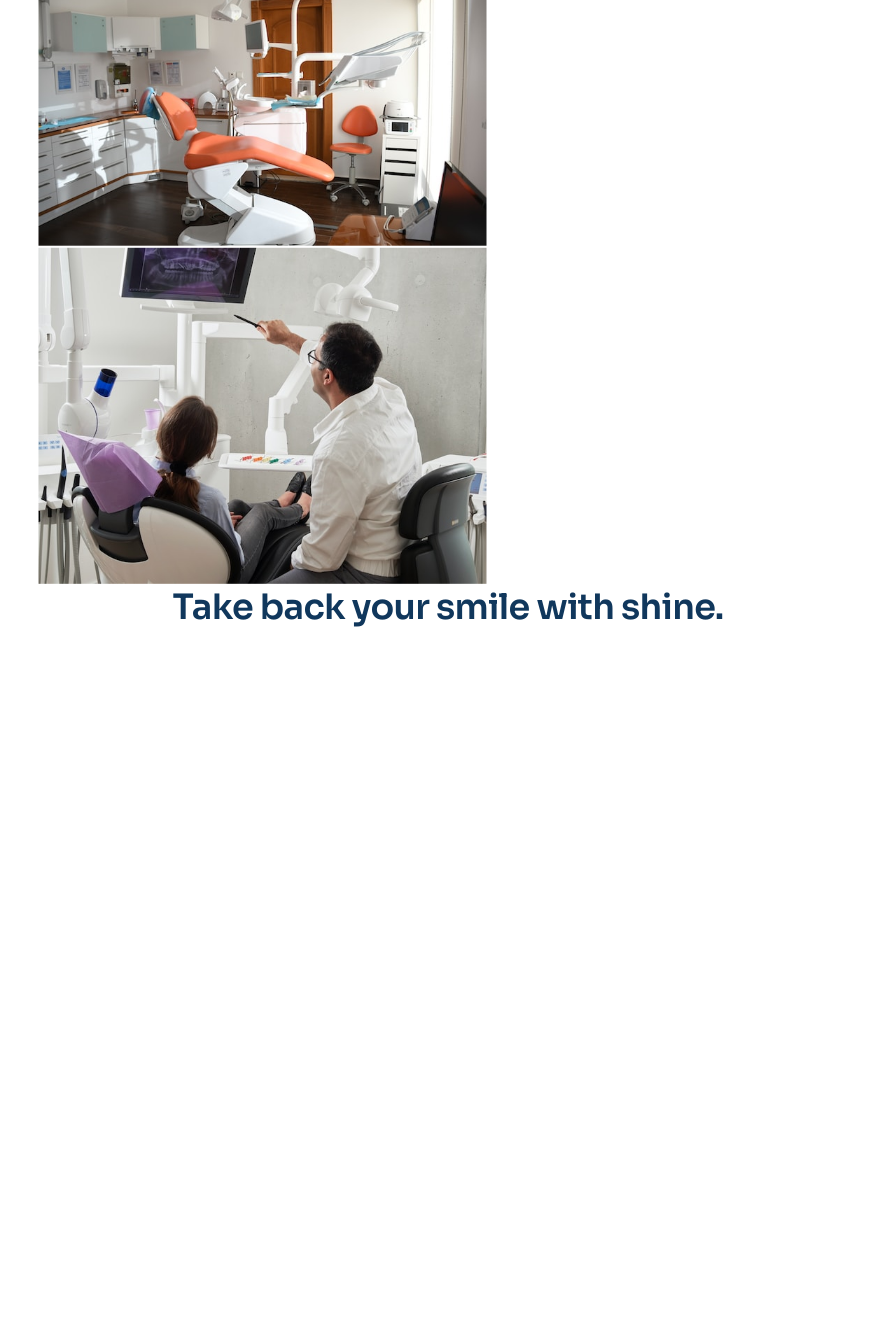
Repository: han2003dz/f8-project-03
Page: index.html
The author's editor kept a copy of each file at every save. The page is drawn from the files as they stood at one save, then again after a run of saves.
The browser window is 1280 px wide. The pictures show the part of the page from y = 2780 to 4700 px (the page is 6000 px tall), at 70% of full size.

Above is the page before, as saved 2023-05-06 20:50:22.

### index.html
<!DOCTYPE html>
<html lang="en">

<head>
    <meta charset="UTF-8">
    <meta http-equiv="X-UA-Compatible" content="IE=edge">
    <meta name="viewport" content="width=device-width, initial-scale=1.0">
    <title>Shine Smile</title>
    <!-- favicon -->
    <link rel="apple-touch-icon" sizes="57x57" href="./assets/favicon/apple-icon-57x57.png">
    <link rel="apple-touch-icon" sizes="60x60" href="./assets/favicon/apple-icon-60x60.png">
    <link rel="apple-touch-icon" sizes="72x72" href="./assets/favicon/apple-icon-72x72.png">
    <link rel="apple-touch-icon" sizes="76x76" href="./assets/favicon/apple-icon-76x76.png">
    <link rel="apple-touch-icon" sizes="114x114" href="./assets/favicon/apple-icon-114x114.png">
    <link rel="apple-touch-icon" sizes="120x120" href="./assets/favicon/apple-icon-120x120.png">
    <link rel="apple-touch-icon" sizes="144x144" href="./assets/favicon/apple-icon-144x144.png">
    <link rel="apple-touch-icon" sizes="152x152" href="./assets/favicon/apple-icon-152x152.png">
    <link rel="apple-touch-icon" sizes="180x180" href="./assets/favicon/apple-icon-180x180.png">
    <link rel="icon" type="image/png" sizes="192x192" href="./assets/favicon/android-icon-192x192.png">
    <link rel="icon" type="image/png" sizes="32x32" href="./assets/favicon/favicon-32x32.png">
    <link rel="icon" type="image/png" sizes="96x96" href="./assets/favicon/favicon-96x96.png">
    <link rel="icon" type="image/png" sizes="16x16" href="./assets/favicon/favicon-16x16.png">
    <link rel="manifest" href="./assets/favicon/manifest.json">
    <meta name="msapplication-TileColor" content="#ffffff">
    <meta name="msapplication-TileImage" content="./assets/favicon/ms-icon-144x144.png">
    <meta name="theme-color" content="#ffffff">
    <!-- embed font -->
    <link rel="preconnect" href="https://fonts.googleapis.com">
    <link rel="preconnect" href="https://fonts.gstatic.com" crossorigin>
    <link href="https://fonts.googleapis.com/css2?family=Sora:wght@300;400;500;600;700&display=swap" rel="stylesheet">
    <!-- my css -->
    <link rel="stylesheet" href="/assets/css/reset.css">
    <link rel="stylesheet" href="/assets/css/style.css">
</head>

<body style="height: 6000px;">
    <header class="header">
        <div class="container">
            <!-- nav -->
            <div class="navigation">
                <a href="#!">
                    <div class="logo">
                        <span class="logo__circle"></span>
                        <span class="logo__text">
                            <span class="logo__brand">shine</span>
                            <span class="logo__brand logo__brand--small">smile</span>
                        </span>
                    </div>
                </a>
                <nav class="navbar">
                    <ul class="nav__list">
                        <li class="nav__item">
                            <a href="#!" class="nav__link nav__link--active">Home</a>
                        </li>
                        <li class="nav__item">
                            <a href="#!" class="nav__link">Services</a>
                        </li>
                        <li class="nav__item">
                            <a href="#!" class="nav__link">About</a>
                        </li>
                        <li class="nav__item">
                            <a href="#!" class="nav__link">Doctors</a>
                        </li>
                    </ul>
                </nav>
                <!-- action -->
                <div class="header-action">
                    <a href="#!" class="header-action__login">Log In</a>
                    <button href="#!" class="header-action__sign-up btn">Sign Up</button>
                </div>
            </div>
            <!-- hero -->
            <section class="hero">
                <!-- hero content -->
                <div class="hero__content">
                    <h1 class="hero__heading">Exceptional dental care for all ages.</h1>
                    <p class="hero__desc">Exceptional dental care for all ages. Your great smile begins with a great
                        dentist.</p>
                    <div class="hero__row">
                        <a href="#!" class="btn hero__btn">Book Online</a>
                        <span class="hero__phone">or call (123) 456-7890</span>
                    </div>
                </div>
                <div class="hero__media">
                    <figure class="hero__images">
                        <img src="./assets/img/img1__hero.jpg" alt="" class="hero__img">
                        <img src="./assets/img/img2__hero.jpg" alt="" class="hero__img">
                    </figure>
                </div>

            </section>
        </div>
    </header>
    <main>
        <!-- service -->
        <div class="service">
            <div class="container">
                <h2 class="section-heading">Our services</h2>
                <p class="section-desc">Exceptional dental care for all ages. Your great smile begins with a great
                    dentist.</p>
                <div class="service__row">
                    <figure>
                        <img src="./assets/img/service-img3.jpg" alt="" class="service__img">
                    </figure>
                    <div>
                        <div class="service__list">
                            <!-- item 1 -->
                            <section class="service-item">
                                <div class="service-item__icon">
                                    <!-- icon -->
                                    <svg width="22" height="24" viewBox="0 0 22 24" fill="none"
                                        xmlns="http://www.w3.org/2000/svg">
                                        <path
                                            d="M20.3598 2.63964C17.9506 -0.556131 14.2772 -0.568132 11.2481 1.10682C11.001 1.24657 10.7219 1.31411 10.4406 1.30222C10.1592 1.29033 9.88633 1.19945 9.65105 1.03931C8.49552 0.245717 7.29036 -0.316477 5.13904 0.207462C0.623408 1.3071 0 4.90379 0 8.99816C0.0797353 12.1602 0.500857 15.3032 1.25551 18.3683C2.11836 22.0168 3.90382 24 5.43354 24C6.96326 24 7.00963 22.2204 7.00963 20.8016C7.00963 19.2009 7.39505 14.8009 10.8642 14.8009C13.5317 14.8009 14.3333 18.4013 14.3333 20.8016C14.3329 23.095 15.1722 24 16.6628 24C19.5267 24 20.9796 15.3938 21.3719 13.1237C21.7642 10.8535 22.9882 6.12569 20.3598 2.63964Z"
                                            fill="currentColor" />
                                    </svg>
                                </div>
                                <div class="service-item__body">
                                    <h3 class="service-item__heading">Oral Surgery</h3>
                                    <p class="service-item__desc">
                                        Everything you expect and then some. Cleanings, fillings, and x-rays.
                                    </p>
                                </div>
                            </section>
                            <!-- item 2 -->
                            <section class="service-item">
                                <div class="service-item__icon">
                                    <!-- icon -->
                                    <svg width="22" height="24" viewBox="0 0 22 24" fill="none"
                                        xmlns="http://www.w3.org/2000/svg">
                                        <path
                                            d="M20.3598 2.63964C17.9506 -0.556131 14.2772 -0.568132 11.2481 1.10682C11.001 1.24657 10.7219 1.31411 10.4406 1.30222C10.1592 1.29033 9.88633 1.19945 9.65105 1.03931C8.49552 0.245717 7.29036 -0.316477 5.13904 0.207462C0.623408 1.3071 0 4.90379 0 8.99816C0.0797353 12.1602 0.500857 15.3032 1.25551 18.3683C2.11836 22.0168 3.90382 24 5.43354 24C6.96326 24 7.00963 22.2204 7.00963 20.8016C7.00963 19.2009 7.39505 14.8009 10.8642 14.8009C13.5317 14.8009 14.3333 18.4013 14.3333 20.8016C14.3329 23.095 15.1722 24 16.6628 24C19.5267 24 20.9796 15.3938 21.3719 13.1237C21.7642 10.8535 22.9882 6.12569 20.3598 2.63964Z"
                                            fill="currentColor" />
                                    </svg>
                                </div>
                                <div class="service-item__body">
                                    <h3 class="service-item__heading">Wisdom Teeth Removal</h3>
                                    <p class="service-item__desc">
                                        Everything you expect and then some. Cleanings, fillings, and x-rays.
                                    </p>
                                </div>
                            </section>
                            <!-- item 3 -->
                            <section class="service-item">
                                <div class="service-item__icon">
                                    <!-- icon -->
                                    <svg width="22" height="24" viewBox="0 0 22 24" fill="none"
                                        xmlns="http://www.w3.org/2000/svg">
                                        <path
                                            d="M20.3598 2.63964C17.9506 -0.556131 14.2772 -0.568132 11.2481 1.10682C11.001 1.24657 10.7219 1.31411 10.4406 1.30222C10.1592 1.29033 9.88633 1.19945 9.65105 1.03931C8.49552 0.245717 7.29036 -0.316477 5.13904 0.207462C0.623408 1.3071 0 4.90379 0 8.99816C0.0797353 12.1602 0.500857 15.3032 1.25551 18.3683C2.11836 22.0168 3.90382 24 5.43354 24C6.96326 24 7.00963 22.2204 7.00963 20.8016C7.00963 19.2009 7.39505 14.8009 10.8642 14.8009C13.5317 14.8009 14.3333 18.4013 14.3333 20.8016C14.3329 23.095 15.1722 24 16.6628 24C19.5267 24 20.9796 15.3938 21.3719 13.1237C21.7642 10.8535 22.9882 6.12569 20.3598 2.63964Z"
                                            fill="currentColor" />
                                    </svg>
                                </div>
                                <div class="service-item__body">
                                    <h3 class="service-item__heading">Preventative Dentistry</h3>
                                    <p class="service-item__desc">
                                        Everything you expect and then some. Cleanings, fillings, and x-rays.
                                    </p>
                                </div>
                            </section>
                        </div>
                        <a href="" class="btn service__btn">All Services</a>
                    </div>
                </div>
            </div>
        </div>
        <section class="work">
            <div class="container">
                <h2 class="section-heading heading__work">How it works</h2>
                <p class="section-desc desc__work">Exceptional dental care for all ages. Your great smile begins with a
                    great dentist.
                </p>
                <div class="work__list">
                    <!-- item 1 -->
                    <section class="work-item">
                        <img src="./assets/icon/search.svg" alt="" class="work-item__icon">
                        <h3 class="work-item__heading">Search doctor</h3>
                        <p class="work-item__desc">Search a doctor by education, qualifications or experience-contact
                            for inquiry.
                        </p>
                        <a href="#!" class="learn-more">Learn More</a>
                    </section>
                    <!-- item 2 -->
                    <section class="work-item">
                        <img src="./assets/icon/search-user.svg" alt="" class="work-item__icon">
                        <h3 class="work-item__heading">Find best doctor</h3>
                        <p class="work-item__desc">Search a doctor by education, qualifications or experience-contact
                            for inquiry.
                        </p>
                        <a href="#!" class="learn-more">Learn More</a>
                    </section>
                    <!-- item 3 -->
                    <section class="work-item">
                        <img src="./assets/icon/bag.svg" alt="" class="work-item__icon">
                        <h3 class="work-item__heading">Get treatment</h3>
                        <p class="work-item__desc">Search a doctor by education, qualifications or experience-contact
                            for inquiry.
                        </p>
                        <a href="#!" class="learn-more">Learn More</a>
                    </section>
                </div>
            </div>
        </section>
        <!-- feature -->
        <div class="feature">
            <div class="container">
                <div class="feature__media">
                    <figure class="images">
                        <img src="./assets/img/feature-img1.jpg" alt="" class="feature__img">
                        <img src="./assets/img/feature-img2.jpg" alt="" class="feature__img">
                    </figure>
                </div>
                <section class="feature__content">
                    <h2 class="section-heading">Take back your smile with shine.</h2>

                </section>
            </div>
        </div>
    </main>
    <script src="./assets/app.js"></script>
</body>

</html>

### assets/css/style.css
* {
  box-sizing: border-box;
}
html {
  font-size: 62.5%;
}
body {
  font-size: 1.6rem;
  font-family: "Sora", sans-serif;
}
/* common */
.container {
  width: 1170px;
  max-width: calc(100% - 48px);
  margin: 0 auto;
}
.navigation {
  display: flex;
  justify-content: space-between;
  align-items: center;
}
a {
  text-decoration: none;
}
:root {
  --header-bg: #10375c;
  --primary-color: #2e80ce;
  --height-btn: 60px;
}
.nav__link,
.header-action__login {
  padding: 5px 14px;
  font-size: 1.6rem;
  font-weight: 300;
  color: #c9d2da;
}
.header-action__login:hover,
.nav__link:hover,
.nav__link--active {
  text-shadow: 1px 0 0 #fff;
}
.btn {
  display: inline-block;
  min-width: 205px;
  height: var(--height-btn);
  padding: 0 20px;
  border: 1px solid var(--primary-color);
  line-height: var(--height-btn);
  border-radius: 999px;
  font-weight: 400;
  font-size: 1.6rem;
  text-align: center;
  color: #fff;
  background: var(--primary-color);
}
.btn:hover {
  opacity: 0.9;
  cursor: pointer;
}
/* header */
.header {
  padding-top: 30px;
  padding-bottom: 100px;
  min-height: 100vh;
  background: var(--header-bg);
}

.logo {
  /* 1em = 10px */
  font-size: 1rem;
  position: relative;
  display: inline-flex;
  align-items: center;
}
.logo__circle::before,
.logo__circle::after {
  display: inline-block;
  content: "";
  border-radius: 50%;
}
.logo__circle::before {
  width: 3em;
  height: 3em;
  background: var(--primary-color);
}
.logo__circle::after {
  width: 1.6em;
  height: 1.6em;
  background: #fff;
  position: absolute;
  top: 1.1em;
  left: 1.1em;
}
.logo__text {
  margin-left: 0.6em;
  text-align: right;
  line-height: 1.6em;
}
.logo__brand {
  display: block;
  font-weight: 400;
  font-size: 1.8em;
  color: #fff;
}
.logo__brand--small {
  font-size: 1.2em;
  font-weight: 300;
}
/* navbar */
.navbar .nav__list {
  display: flex;
}
.nav__link {
  padding: 5px 21px;
}
.nav__link--active {
  pointer-events: none;
}
.nav__link--active::before {
  position: relative;
  left: -8px;
  bottom: 2px;
  content: "";
  display: inline-block;
  width: 6px;
  height: 6px;
  background: #fff;
  border-radius: 50%;
}
/* header-action */
.header-action {
  display: flex;
  align-items: center;
}
.header-action__login {
  margin-right: 7px;
}
.header-action__sign-up {
  min-width: 120px;
}
/* hero */
.hero {
  display: flex;
  margin-top: 76px;
  align-items: center;
}
.hero__content {
  /* giải quyết vấn đề co nhỏ */
  flex-shrink: 0;
  width: 44%;
}
.hero__media {
  flex-grow: 1;
}
.hero__heading {
  font-weight: 600;
  font-size: 7rem;
  line-height: 1.14;
  /* or 114% */
  letter-spacing: -0.02em;
  color: #ffffff;
}
.hero__desc {
  font-weight: 300;
  font-size: 1.8rem;
  line-height: 1.67;
  /* or 167% */
  color: #c9d2da;
  margin-top: 22px;
  margin-bottom: 38px;
}
.hero__phone {
  font-weight: 400;
  font-size: 1.8rem;
  line-height: 1.67;
  color: #fff;
}
.hero__row {
  display: flex;
  align-items: center;
  gap: 38px;
}
.hero__images {
  display: flex;
  align-items: center;
  justify-content: flex-end;
}
.hero__img {
  width: 330px;
  height: 500px;
  border-radius: 6px;
  object-fit: cover;
}
.hero__img:last-child {
  width: 210px;
  height: 400px;
}
/* service */
.service {
  padding: 170px 0;
}
.section-heading,
.section-desc {
  text-align: center;
}
.section-heading {
  font-weight: 600;
  font-size: 5rem;
  line-height: 1.2;
  /* identical to box height, or 120% */
  letter-spacing: -0.02em;
  color: #10375c;
  margin-bottom: 18px;
}
.section-desc {
  font-weight: 300;
  font-size: 1.8rem;
  line-height: 1.67;
  /* or 167% */
  margin: 0 auto;
  color: #575f66;
  max-width: 468px;
}
.service__row {
  margin-top: 70px;
  display: flex;
  justify-content: space-between;
  align-items: center;
}
.service__img {
  width: 570px;
  height: 570px;
  object-fit: cover;
  border-radius: 12px;
}
.service-item {
  display: flex;
  max-width: 420px;
  height: 128px;
  background: #ffffff;
  border-radius: 10px;
  align-items: center;
}
.service-item:hover {
  box-shadow: 0px 14px 28px rgba(0, 0, 0, 0.05);
  border-radius: 10px;
  cursor: pointer;
  position: relative;
}
.service-item:hover .service-item__icon {
  background: #2e80ce;
  box-shadow: 0px 8px 16px rgba(40, 155, 222, 0.15);
  color: #fff;
}
.service-item__heading {
  font-weight: 600;
  font-size: 1.8rem;
  line-height: 1.27;
  /* identical to box height */
  color: #10375c;
  margin-bottom: 8px;
}
.service-item__desc {
  font-weight: 300;
  font-size: 1.6rem;
  line-height: 1.75;
  /* or 175% */
  color: #575f66;
  max-width: 308px;
}
.service-item__icon {
  display: flex;
  justify-content: center;
  align-items: center;
  margin-right: 19px;
  margin-left: 22px;
  flex-shrink: 0;
  width: 60px;
  height: 60px;
  border-radius: 50%;
  background: #eff6fd;
  box-shadow: 0px 8px 16px rgba(0, 0, 0, 0.05);
  color: #10375c;
}
.service-item__body {
  margin-left: 20px;
}
.service__btn {
  margin-top: 55px;
}
/* work */
.work {
  padding: 100px 0;
  background: #f0f8ff;
}
.heading__work,
.desc__work {
  text-align: left;
  margin: 0;
}
.desc__work {
  margin-top: 18px;
}
.work__list {
  display: grid;
  grid-template-columns: repeat(3, 1fr);
  margin-top: 70px;
  column-gap: 30px;
}
.work-item{
  padding: 44px;
  border-radius: 12px;
  border: 16px solid #EAF6FF;
  background: #fff;
  transition: .25s;
}
.work-item:hover{
  border: 16px solid var(--primary-color);
  transform: translateY(-16px);
}
.work-item__heading {
  margin-top: 18px;
  font-weight: 600;
  font-size: 2.6rem;
  line-height: 1.38;
  /* identical to box height, or 138% */
  color: var(--header-bg);
}
.work-item__desc, .learn-more {
  margin-top: 28px;
  font-weight: 300;
  font-size: 16px;
  line-height: 28px;
  /* or 175% */
  color: #575f66;
}
.learn-more{
  display: inline-block;
  margin-top: 20px;
  font-weight: 500;
}
.learn-more:hover{
  font-weight: 600;
  color: #2e80ce;
  transition: 0.2s;
  transform: translateY(-3px);
}

### assets/app.js
const navItems = document.querySelectorAll(".nav__link");
function handleClickNav(event){
    [...navItems].forEach(item => item.classList.remove("nav__link--active"));
    event.target.classList.add("nav__link--active");
    console.log(event.target);
}
[...navItems].forEach(item => item.addEventListener("click", handleClickNav));

Loaded but not shown: assets/css/reset.css (common file)

After the next 4 saves:
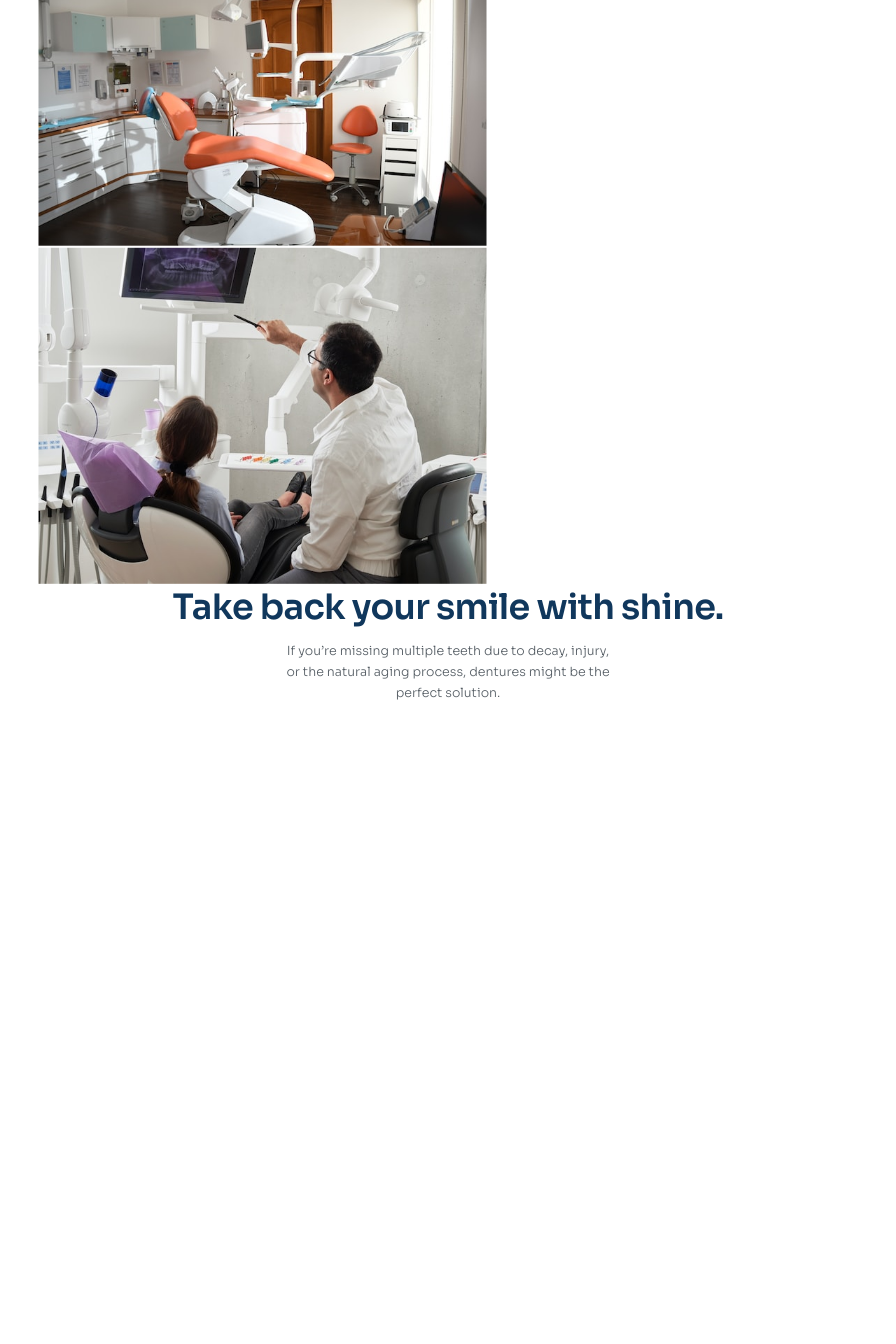
The 4 saves are shown as one change because they came seconds apart.
The last was saved 15 s later.
--- a/index.html
+++ b/index.html
@@ -212,7 +212,9 @@
                 </div>
                 <section class="feature__content">
                     <h2 class="section-heading">Take back your smile with shine.</h2>
-
+                    <p class="section-desc">If you’re missing multiple teeth due to decay, injury, or the natural aging
+                        process, dentures might be the perfect solution.
+                    </p>
                 </section>
             </div>
         </div>
